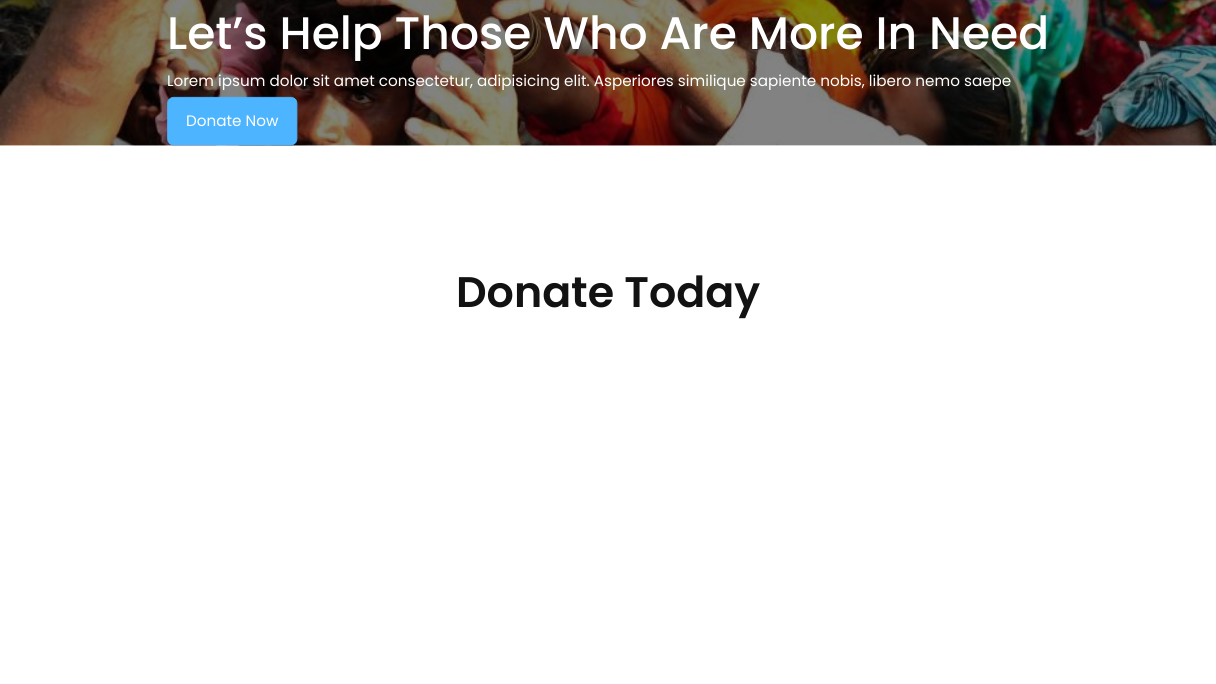
Repository: mdrubel02/donate-website
Page: index.html
The author's editor kept a copy of each file at every save. The page is drawn from the files as they stood at one save, then again after the next save.
The browser window is 1280 px wide. The pictures show the whole page, at 95% of full size.

Above is the page before, as saved 2022-07-06 12:46:26.

### index.html
<!DOCTYPE html>
<html lang="en">
<head>
    <meta charset="UTF-8">
    <meta http-equiv="X-UA-Compatible" content="IE=edge">
    <meta name="viewport" content="width=device-width, initial-scale=1.0">
    <title>Our Donate Website</title>
    <link rel="stylesheet" href="./index.css">
</head>
<body>
    <!-- banner section -->
    <section class="banner-section">
            <div class="banner-content">
                <h1>Let’s Help Those Who Are More In Need</h1>
                <p>Lorem ipsum dolor sit amet consectetur, adipisicing elit. Asperiores similique sapiente nobis, libero nemo saepe</p>
                <a href="" class="btn btn-primary">Donate Now</a>
            </div>
    </section>

    <!-------- Donate Today------->
    <section class="container">
            <h2 class="section-title">Donate Today</h2>
    </section>
</body>
</html>

### index.css
/* =====GOOGLE FONTS====== */
@import url('https://fonts.googleapis.com/css2?family=Poppins:wght@300;400;500;600&display=swap');

/* =====COMMON STYLES====== */
* {
    margin: 0;
    padding: 0;
    border: 0;
    outline: 0;
    list-style: none;
    text-decoration: none;
}

body {
    font-family: 'Poppins', sans-serif;
    color: #fff;
}

h1,
h2,
h3,
h4,
h5,
h6 {
    font-weight: 500;
}

img {
    display: block;
    width: 100%;
    object-fit: cover;
}

.container {
    max-width: 1200px;
    margin: 0 auto;
    padding: 0 30px;
    margin-top: 10%;
    margin-bottom: 10%;
    box-sizing: border-box;
}

a {
    color: #fff;
    transition: all 400ms ease;
}

a:hover {
    color: #fff;
}

.btn {
    text-align: center;
    width: max-content;
    display: inline-block;
    color: #fff;
    padding: 0.75rem 1.2rem;
    border-radius: 0.4rem;
    border: 1px solid #4db5ff;
    cursor: pointer;
    transition: all 400ms ease;
}

.btn:hover {
    background: #fff;
    color: #4db5ff;
    border: 1px solid #4db5ff;
}

.btn-primary {
    background: #4db5ff;
    color: #fff;
}

.section-title {
    color: #121212;
    font-weight: 700;
    font-size: 45px;
    line-height: 54px;
    text-align: center;
}

hr {
    border: 1px solid #DADADA;
}


/* ========BANNER SECTION STYLE======== */

.banner-section {
    background-image: url(./images/donation0.jpg);
    background-repeat: no-repeat;
    background-size: cover;
    background-position: center center;
    height: 100vh;
    width: 100%;
    position: relative;
    z-index: 1;
    display: flex;
    flex-direction: column;
    height: 100%;
    justify-content: center;
    align-items: center;

}

.banner-section:after {
    content: "";
    position: absolute;
    top: 0;
    left: 0;
    width: 100%;
    height: 100%;
    background-color: rgba(0, 0, 0, 0.7);
    opacity: .7;
    z-index: -5;
}

.banner-content {




}

.banner-content h1 {
    font-size: 3rem;
}

.banner-content p {
    margin-bottom: 5px;
}

After the next save:
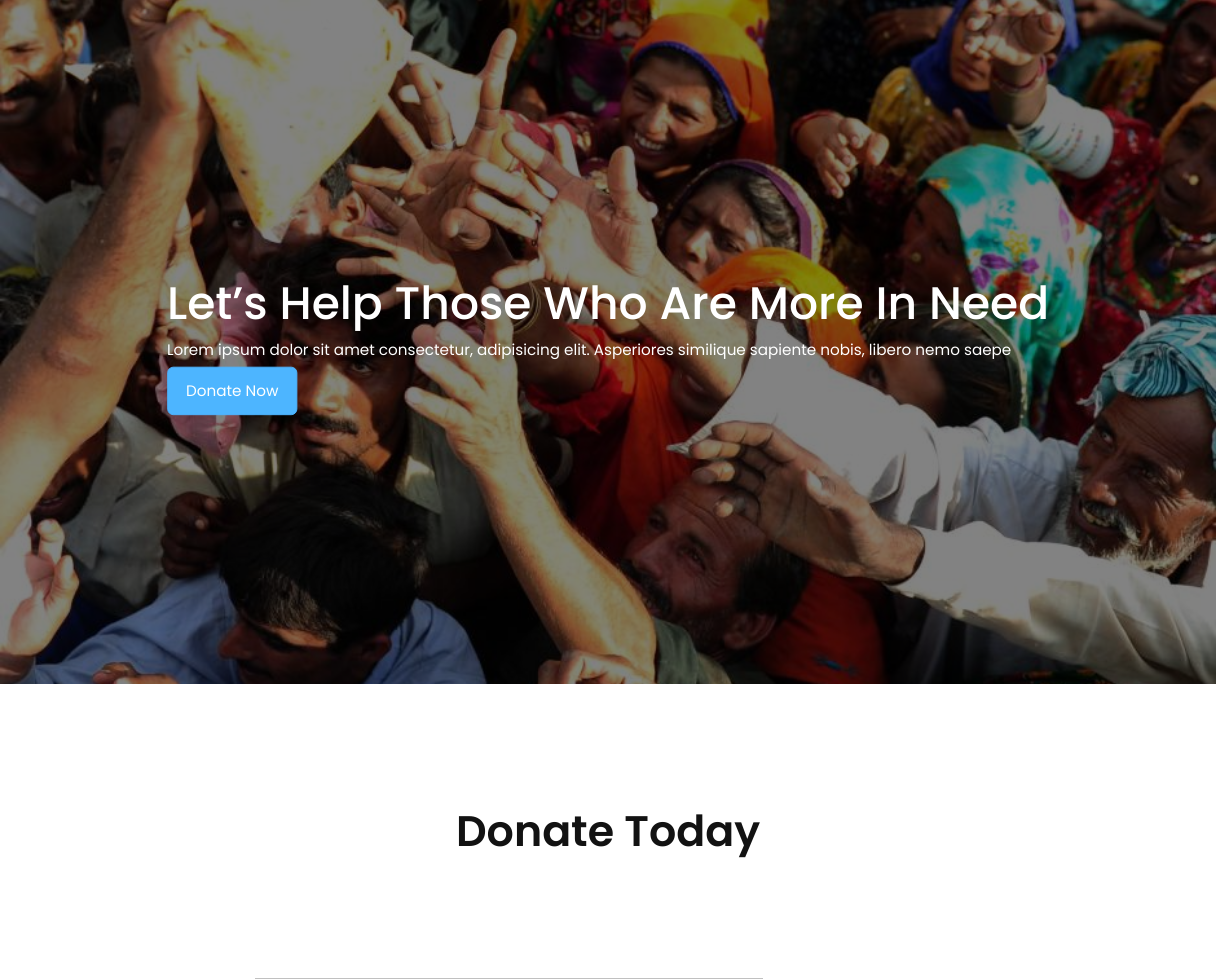
Saved 17 s later.
--- a/index.css
+++ b/index.css
@@ -98,7 +98,6 @@ hr {
     z-index: 1;
     display: flex;
     flex-direction: column;
-    height: 100%;
     justify-content: center;
     align-items: center;
 
